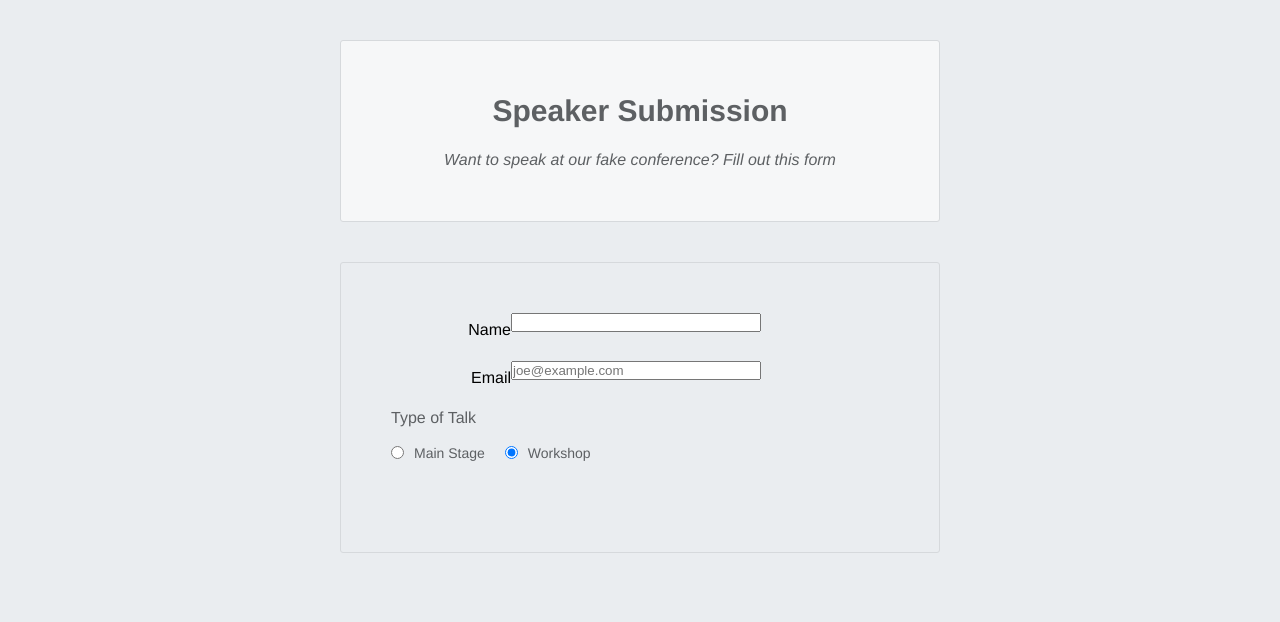
Repository: randomUser134923/pet-projects
Page: CSS_practice/7_forms/index.html
The author's editor kept a record of every edit. The page is drawn from the files as they stood at one moment, then again after the next edit.
The browser window is 1280 px wide. The pictures show the whole page.

Above is the page before.

### CSS_practice/7_forms/index.html
<!DOCTYPE html>
<html lang='en'>
    <head>
        <meta charset='UTF-8'/>
        <title>Speaker Submission</title>
        <link rel='stylesheet' href='style.css'/>
    </head>

    <body>
        <header class='speaker-form-header'>
            <h1> Speaker Submission </h1>
            <p><em>Want to speak at our fake conference? Fill out this form</em></p>
        </header>

        <form action='' method='get' class='speaker-form'>
            <div class='form-row'>
                <label for='full name'>Name</label>
                <input id='full-name' name='full-name' type='text'/>
            </div>

            <div class='form-row'>
                <label for='email'>Email</label>
                <input id='email' name='email' type='email' placeholder='joe@example.com'/>
            </div>

            <fieldset class='legacy-form-row'>
              <legend>Type of Talk</legend>
              <input id='talk-type-1'
                     name='talk-type'
                     type='radio'
                     value='main-stage' />
              <label for='talk-type-1' class='radio-label'>Main Stage</label>
              <input id='talk-type-2'
                     name='talk-type'
                     type='radio'
                     value='workshop'
                     checked />
              <label for='talk-type-2' class='radio-label'>Workshop</label>
            </fieldset>

        </form>
    </body>
</html>

### CSS_practice/7_forms/style.css
* {
    margin: 0;
    padding: 0;
    box-sizing: border-box;
}

body {
    color: #5D6063;
    background-color: #EAEDF0;
    font-family: "Helvetica", "Arial", sans-serif;
    font-size: 16px;
    line-height: 1.3;
    display: flex;
    flex-direction: column;
    align-items: center;
}

.speaker-form-header {
    text-align: center;
    background-color: #F6F7F8;
    border: 1px solid #D6D9DC;
    border-radius: 3px;
    width: 80%;
    margin: 40px 0;
    padding: 50px;
}

.speaker-form-header h1 {
    font-size: 30px;
    margin-bottom: 20px;
}

.speaker-form {
    bacgkround-color: #F6F7F8;
    border: 1px solid #D6D9DC;
    border-radius: 3px;
    width: 80%;
    padding: 50px;
    margin: 0 0 40px 0;
}

.form-row {
    margin-bottom: 40px;
    display: flex;
    justify-content: flex-start;
    flex-direction: column;
    flex-wrap: wrap;
}

.form-row input[type='text']
.form-row input[type='email']
{
    background-color: #FFFFFF;
    border: 1px solid #D6D9DC;
    border-radius: 3px;
    width: 100%;
    padding: 7px;
    font-size: 14px;
}

.form-row {
    margin-bottom: 15px;
}


.form-row input[type='text']:invalid,
.form-row input[type='email']:invalid
{
    border: 1px solid #5DDC5F;
    color: #D55C5F;
}

.legacy-form-row {
    border: none;
    margin-bottom: 40px;
}

.legacy-form-row legend {
    margin-bottom:15px;
}

.legacy-form-row .radio-label {
    display: block;
    font-size: 14px;
    padding: 0 20px 0 10px;
}

.legacy-form-row input[type='radio'] {
    margin-top: 2px;
}

.legacy-form-row .radio-label ,
.legacy-form-row input[type='radio'] {
    float:left;
}

@media only screen and (min-width: 700px) {


    .speaker-form-header , .speaker-form {
        width: 600px;
    }

    .form-row {
        flex-direction: row;
        align-items: flex-start;
        margin-bottom: 20px;
    }

    .form-row input[type='text'],
    .form-row input[type='email'],
    .from-row select,
    .from-row textarea
    {
        width: 250px;
        height: initial;
    }


    .form-row label {
        text-align: right;
        width: 120px;
        color: black;
        margin-right: 0px;
        margin-top: 7px;
    }




}

After the next edit:
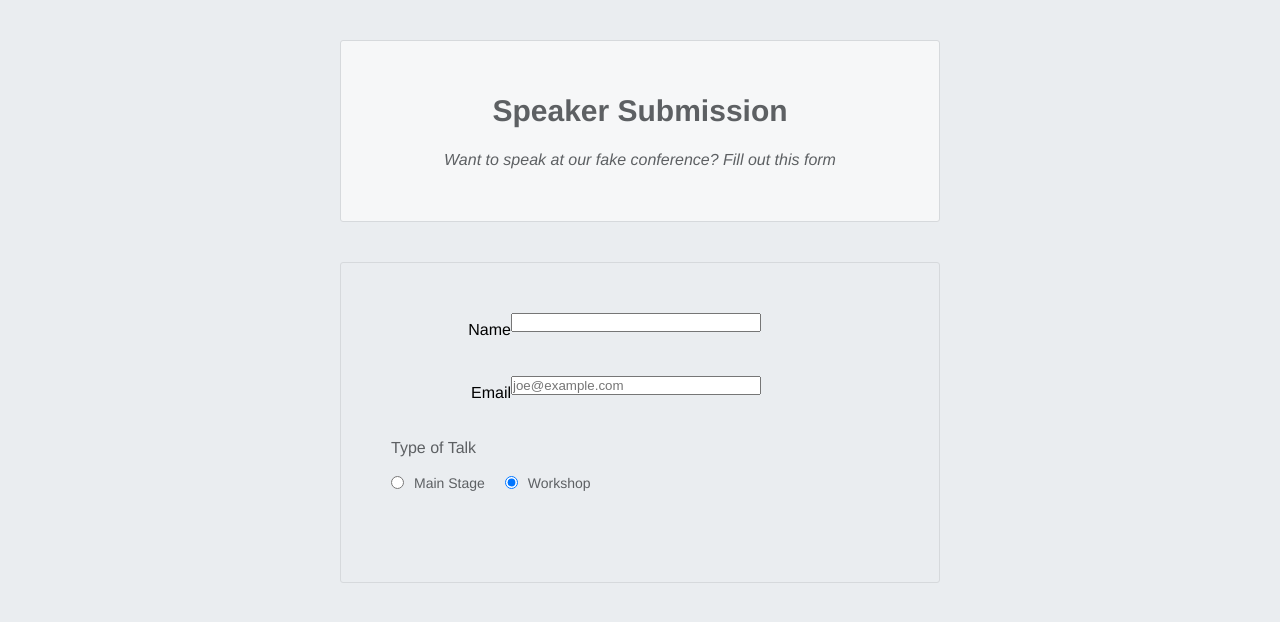
The edit:
--- a/CSS_practice/7_forms/style.css
+++ b/CSS_practice/7_forms/style.css
@@ -58,7 +58,7 @@
     font-size: 14px;
 }
 
-.form-row {
+.form-row label {
     margin-bottom: 15px;
 }
 
